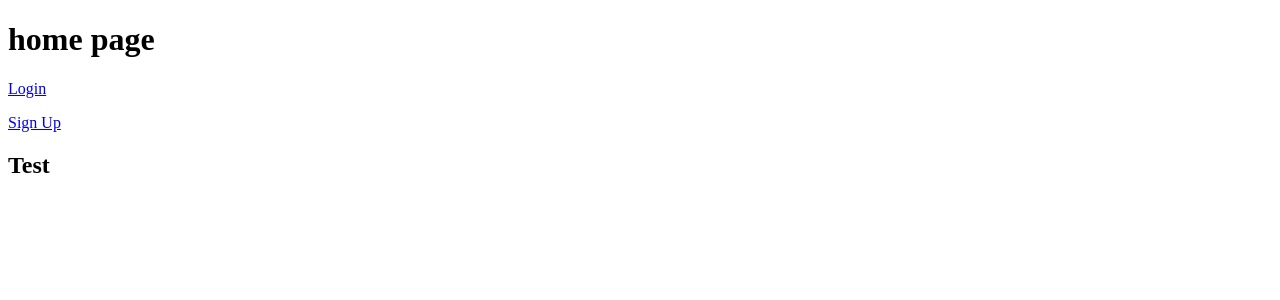
Repository: Styner-JEON/event
Page: / (app in frontend/)
An editor plug-in stored every save of this project. The page is shown before and after a run of saves, followed by the edit.
The browser window is 1280 px wide. The pictures show the whole page.
The project was rebuilt for these pictures with package versions that can differ from the ones it lists, and the page was loaded fresh each time. The framework's server and built-in components were replaced by stand-ins that run in the browser. Also part of the build but not shown: frontend/next.config.ts.

Above is the page before, as saved 2025-04-08 20:45:58.

### frontend/src/app/layout.tsx
import type { Metadata } from "next";
import "./globals.css";

export const metadata: Metadata = {
  title: "Create Event App",
  description: "Generated by create next app",
};

export default function RootLayout({
  children,
}: Readonly<{
  children: React.ReactNode;
}>) {
  return (
    <html lang="en">
      <body>
        {children}
      </body>
    </html>
  );
}

### frontend/src/app/(home)/page.tsx
import Link from "next/link";
import Cookies from "../_components/cookies";
import Test from "./_components/test";

export default function Home() {
  console.log('haha server now: ', new Date());

  return (
    <main>
      <h1>home page</h1>
      <section>
        <p>
          <Link href="/login">Login</Link>
        </p>
        <p>
          <Link href="/signup">Sign Up</Link>
        </p>
        {/* <Cookies /> */}
      </section>
      <Test />
    </main>
  );
}

### frontend/src/app/globals.css
@tailwind base;
@tailwind components;
@tailwind utilities;

/* :root {
  --background: #ffffff;
  --foreground: #171717;
}

@media (prefers-color-scheme: dark) {
  :root {
    --background: #0a0a0a;
    --foreground: #ededed;
  }
} */

body {
  /* color: var(--foreground);
  background: var(--background);
  font-family: Arial, Helvetica, sans-serif; */

  /* height: 100dvh; */
}

### frontend/src/app/(home)/_components/test.tsx
'use client'

export default function Test() {
  const now = new Date();
  console.log('client now: ', now);
  console.log('second ');

  return (
    <article>
      <h2>Test</h2>
    </article>
  );
}

After the next 2 saves:
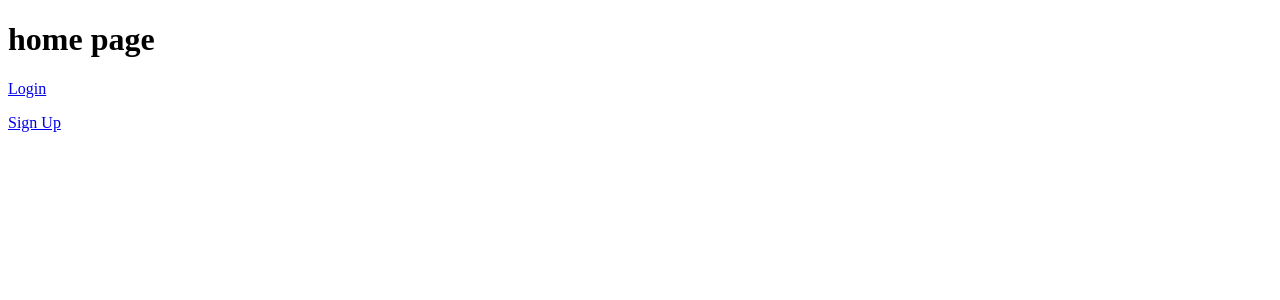
The 2 saves are shown as one change because 1 did not build or start.
The last was saved 7 days later.
--- a/frontend/src/app/(home)/page.tsx
+++ b/frontend/src/app/(home)/page.tsx
@@ -1,6 +1,6 @@
 import Link from "next/link";
 import Cookies from "../_components/cookies";
-import Test from "./_components/test";
+
 
 export default function Home() {
   console.log('haha server now: ', new Date());
@@ -17,7 +17,6 @@ export default function Home() {
         </p>
         {/* <Cookies /> */}
       </section>
-      <Test />
     </main>
   );
 }
